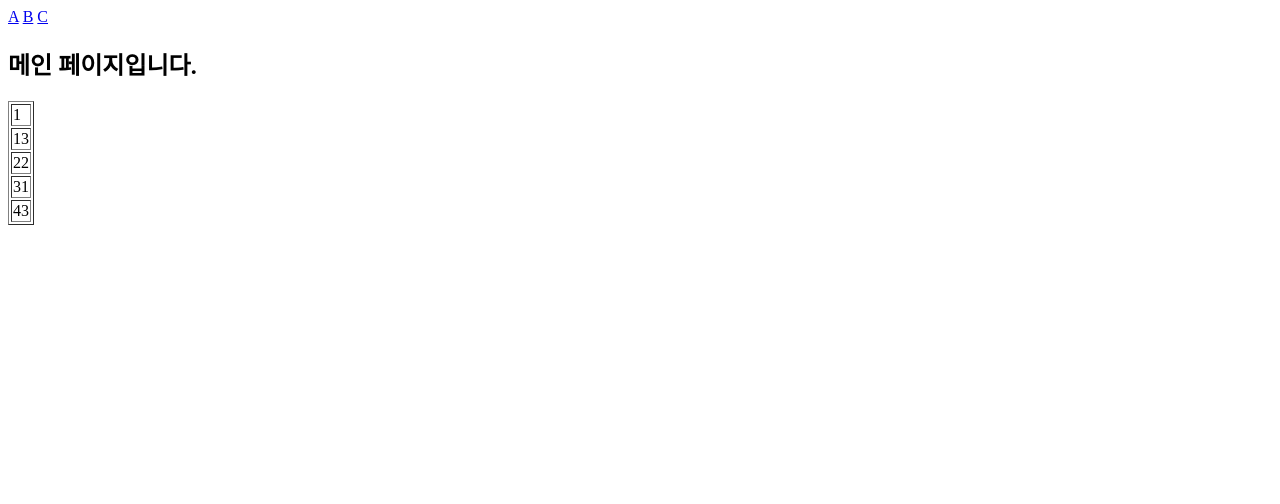
Repository: blueochild/jsp-study
Page: http://localhost/test/
An editor plug-in stored every save of this project. The page is shown before and after the next save, followed by the edit.
The browser window is 1280 px wide. The pictures show the whole page.
The page is served by Tomcat 9.

Above is the page before, as saved 2020-12-07 05:03:53.

After the next save:
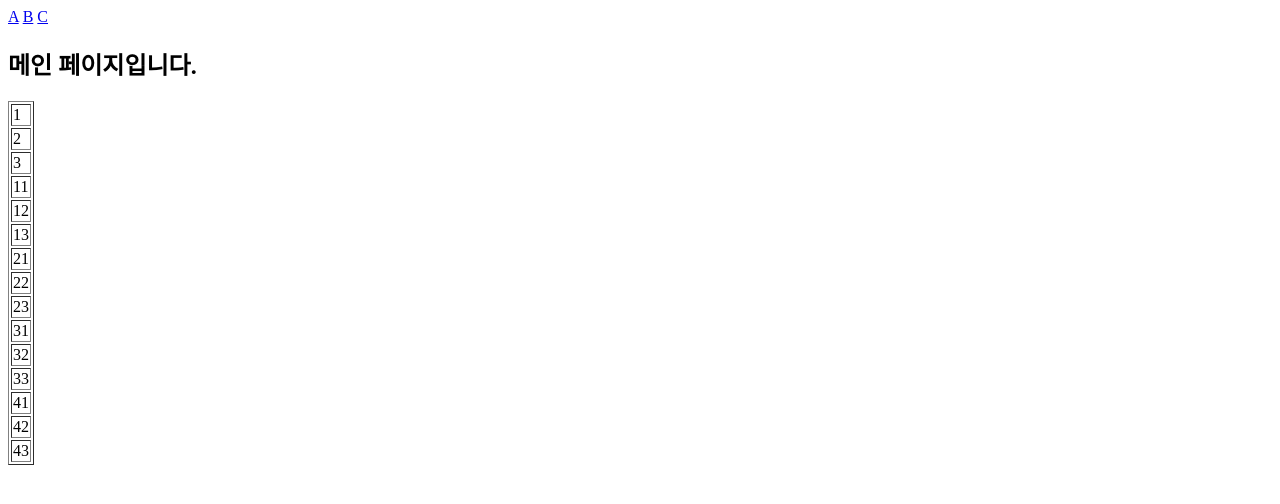
Saved 40 s later.
--- a/Test_Education_JSP/test/WebContent/index.jsp
+++ b/Test_Education_JSP/test/WebContent/index.jsp
@@ -32,7 +32,6 @@
 	<table border=1>
 		<%
 		for (int number : array){
-			if( (number-10) % 3 == 0 ){
 		%>
 			<tr>
 				<td>
@@ -40,7 +39,6 @@
 				</td>
 			</tr>
 		<%
-			}
 		}
 		%>
 	</table>

After the save that followed:
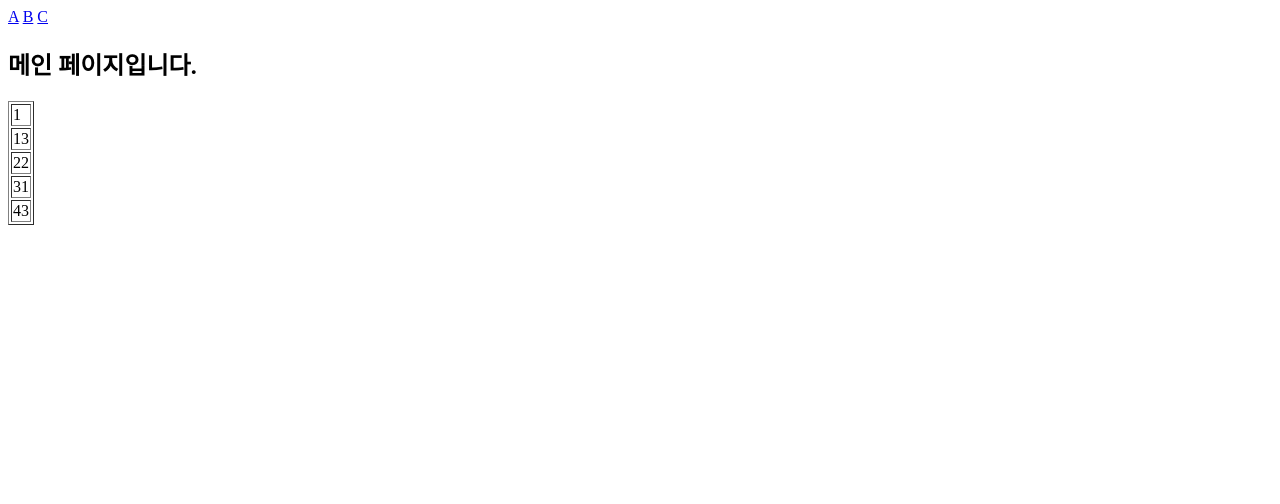
Saved 116 s later.
--- a/Test_Education_JSP/test/WebContent/index.jsp
+++ b/Test_Education_JSP/test/WebContent/index.jsp
@@ -32,6 +32,7 @@
 	<table border=1>
 		<%
 		for (int number : array){
+			if( (number-10) % 3 == 0 ){
 		%>
 			<tr>
 				<td>
@@ -39,6 +40,7 @@
 				</td>
 			</tr>
 		<%
+			}
 		}
 		%>
 	</table>
